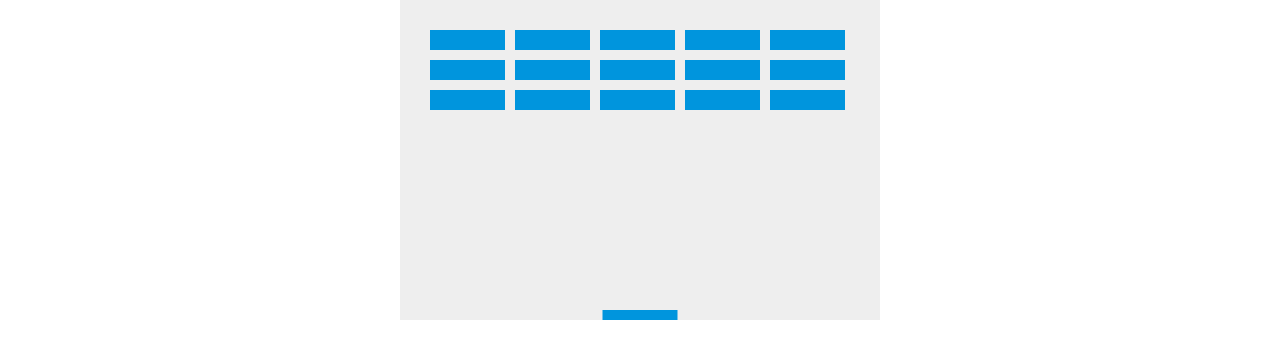
Repository: GoodHoneyCake/2D_breakout_game
Page: index.html
An editor plug-in stored every save of this project. The page is shown before and after the next save, followed by the edit.
The browser window is 1280 px wide. The pictures show the whole page.

Above is the page before, as saved 2020-12-28 18:39:55.

After the next save:
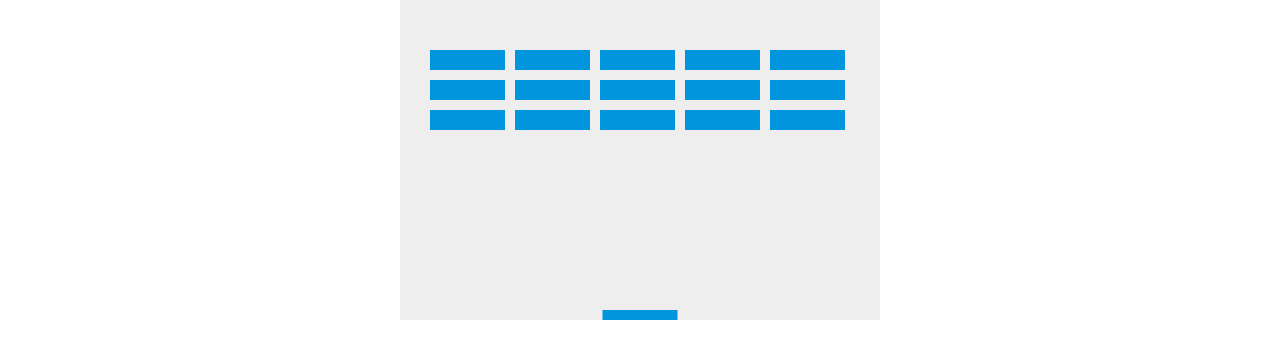
Saved 6 s later.
--- a/main.js
+++ b/main.js
@@ -21,7 +21,7 @@
 let brickWidth = 75;
 let brickHeight = 20;
 let brickPadding = 10;
-let brickOffsetTop = 30;
+let brickOffsetTop = 50;
 let brickOffsetLeft = 30;
 
 let bricks = [];

After the save that followed:
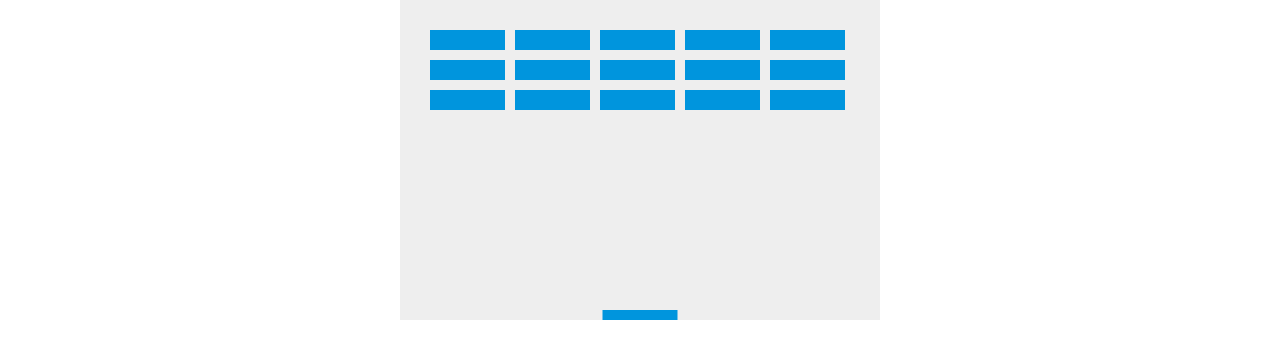
Saved 10 s later.
--- a/main.js
+++ b/main.js
@@ -21,7 +21,7 @@
 let brickWidth = 75;
 let brickHeight = 20;
 let brickPadding = 10;
-let brickOffsetTop = 50;
+let brickOffsetTop = 30;
 let brickOffsetLeft = 30;
 
 let bricks = [];
